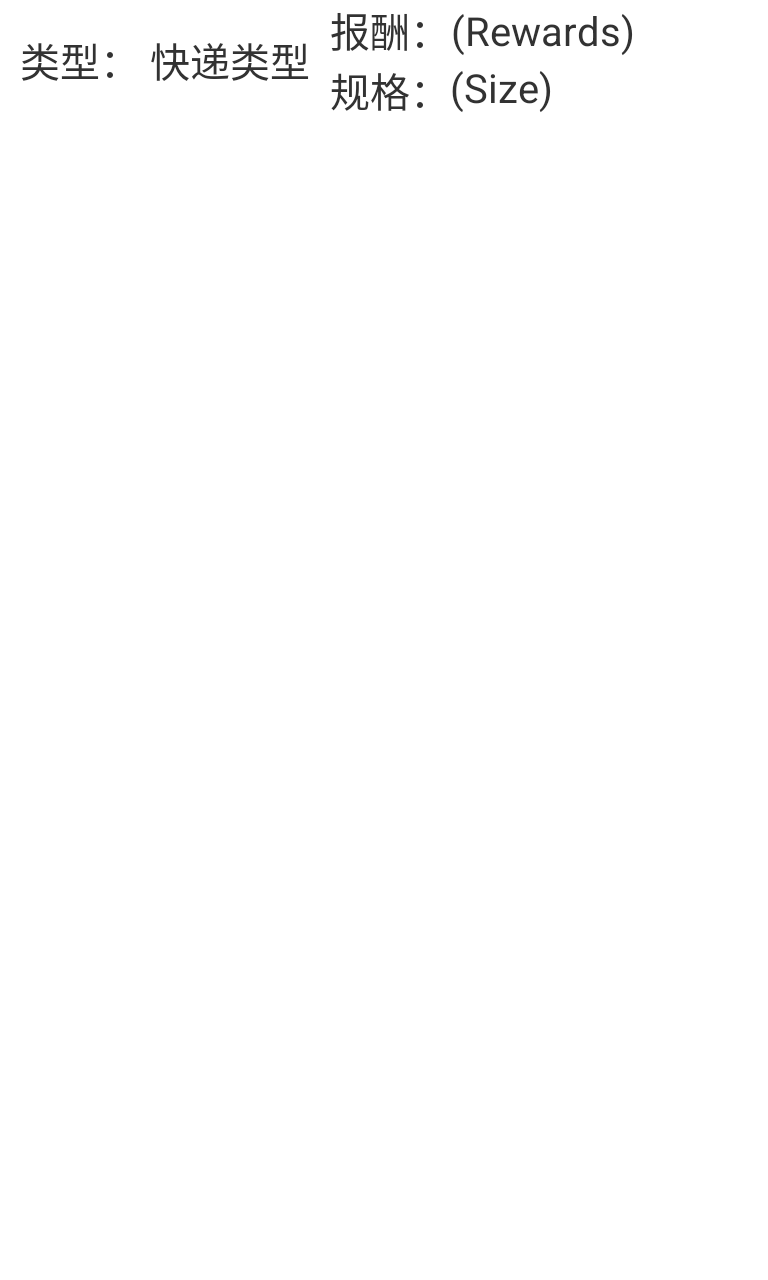
Repository: fariashen/campus-express
Layout: easyCourier/res/layout/item_request.xml
The author's editor kept a copy of each file at every save. The layout is drawn from the files as they stood at one save, then again after the next save.
It is drawn on a 768 x 1280 px phone screen (xhdpi) without system bars, with theme AppTheme; the app's code is not run. The app's manifest (not shown) leaves right-to-left support off. So textAlignment, textDirection and layoutDirection are ignored, and left and right values win over start and end ones.

Above is the layout before, as saved 2016-04-25 09:27:34.

### easyCourier/res/layout/item_request.xml
<?xml version="1.0" encoding="utf-8"?>
<RelativeLayout xmlns:android="http://schemas.android.com/apk/res/android"
    android:layout_width="match_parent"
    android:layout_height="wrap_content"
    android:orientation="vertical"
    android:paddingBottom="20dp"
    android:layout_marginTop="10dp" >

    <TextView
        android:id="@+id/tv_tip_itemKinds"
        android:layout_width="wrap_content"
        android:layout_height="wrap_content"
        android:layout_marginLeft="10dp"
        android:layout_marginTop="15dp"
        android:text="类型："
        android:textSize="20sp" />

    <TextView
        android:id="@+id/tv_itemKinds"
        android:layout_width="90dp"
        android:layout_height="wrap_content"
        android:layout_marginTop="15dp"
        android:layout_marginLeft="5dp"
        android:layout_toEndOf="@id/tv_tip_itemKinds"
        android:text="快递类型"
        android:textSize="20sp" />

    <TextView
        android:id="@+id/tv_tip_itemReward"
        android:layout_width="wrap_content"
        android:layout_height="30dp"
        android:layout_toEndOf="@id/tv_itemKinds"
        android:text="报酬："
        android:textSize="20sp" />

    <TextView
        android:id="@+id/tv_itemReward"
        android:layout_width="wrap_content"
        android:layout_height="30dp"
        android:layout_toEndOf="@id/tv_tip_itemReward"
        android:gravity="center"
        android:text="(Rewards)"
        android:textSize="20sp" />



    <TextView
        android:id="@+id/tv_tip_itemSize"
        android:layout_width="wrap_content"
        android:layout_height="30dp"
        android:layout_toEndOf="@id/tv_itemKinds"
        android:layout_below="@id/tv_tip_itemReward"
        android:text="规格："
        android:textSize="20sp" />

    <TextView
        android:id="@+id/tv_itemSize"
        android:layout_width="wrap_content"
        android:layout_height="30dp"
        android:layout_below="@id/tv_itemReward"
        android:layout_toEndOf="@id/tv_tip_itemSize"
        android:text="(Size)"
        android:textSize="20sp" />

</RelativeLayout>

### easyCourier/res/drawable/requestdetailshape.xml
<layer-list xmlns:android="http://schemas.android.com/apk/res/android">
<!-- This is the main color -->
<item>
  <shape>
        <solid android:color="#ffa8abad" />
  </shape>
</item>
<!-- This is the line -->
<item android:bottom="2dp">
 <shape>
       <solid android:color="#FFFFFF" />
 </shape>
</item>
</layer-list>

Loaded but not shown: easyCourier/res/values/styles.xml (common file); easyCourier/res/values-v11/styles.xml (common file); easyCourier/res/values-v14/styles.xml (common file)

After the next save:
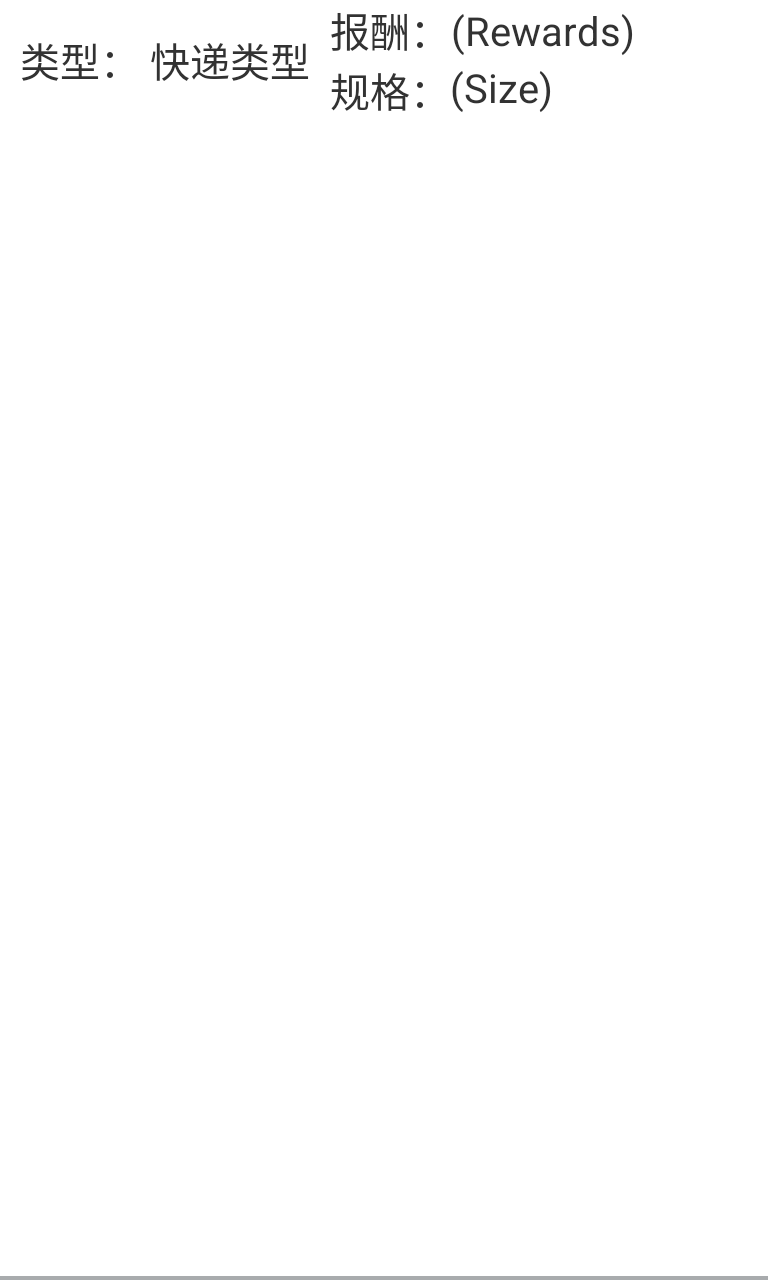
Saved 2 min 23 s later.
--- a/easyCourier/res/layout/item_request.xml
+++ b/easyCourier/res/layout/item_request.xml
@@ -4,7 +4,8 @@
     android:layout_height="wrap_content"
     android:orientation="vertical"
     android:paddingBottom="20dp"
-    android:layout_marginTop="10dp" >
+    android:layout_marginTop="10dp"
+    android:background="@drawable/requestdetailshape">
 
     <TextView
         android:id="@+id/tv_tip_itemKinds"
